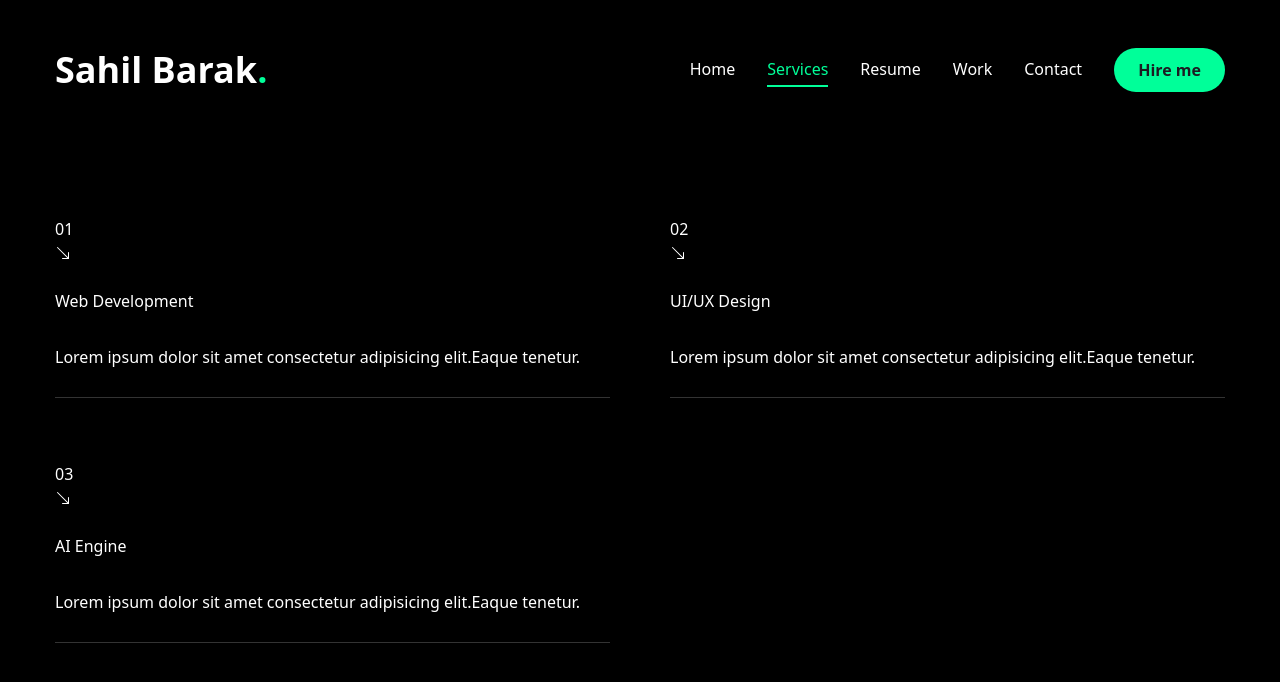
Repository: Moxsahil/My_portfolio
Page: /services (app in sahil-portfolio/)
The author's editor kept a copy of each file at every save. The page is drawn from the files as they stood at one save, then again after the next save.
The browser window is 1280 px wide. The pictures show the whole page.
The project was rebuilt for these pictures with package versions that can differ from the ones it lists, and the page was loaded fresh each time. The framework's server and built-in components were replaced by stand-ins that run in the browser. Also part of the build but not shown: sahil-portfolio/next.config.mjs.

Above is the page before, as saved 2024-10-04 13:17:33.

### sahil-portfolio/app/layout.jsx
import { JetBrains_Mono } from "next/font/google";
import "./globals.css";
import Header from "@/components/Header";
import PageTransition from "@/components/PageTransition";
import StairTransition from "@/components/StairTransition";

const jetbrainsMono = JetBrains_Mono({
  subsets: ["latin"],
   weight: ["100", "200", "300", "400", "500", "600", "700", "800"],
   variable: '--font-jetbrainsMono'
});

export const metadata = {
  title: "Create Next App",
  description: "Generated by create next app",
};

export default function RootLayout({ children }) {
  return (
    <html lang="en">
      <body className={jetbrainsMono.variable}>
        <Header />
        <StairTransition />
        <PageTransition> {children}</PageTransition>
        </body>
    </html>
  );
}

### sahil-portfolio/app/services/page.jsx
"use client";

import { BsArrowDownRight } from "react-icons/bs"
import Link from "next/link";

const services = [
  {
    num: '01',
    title: 'Web Development',
    description: 'Lorem ipsum dolor sit amet consectetur adipisicing elit.Eaque tenetur.'
  },
  {
    num: '02',
    title: 'UI/UX Design',
    description: 'Lorem ipsum dolor sit amet consectetur adipisicing elit.Eaque tenetur.'
  },
  {
    num: '03',
    title: 'AI Engine',
    description: 'Lorem ipsum dolor sit amet consectetur adipisicing elit.Eaque tenetur.'
  },
];

import { motion } from "framer-motion";

const Services = () => {
  return (
  <section className="min-h-[80vh] flex flex-col justify-center py-12 xl:py-0">
    <div className="container mx-auto">
      <motion.div initial={{opacity: 0 }}
      animate={{
        opacity:1,
        transition: {delay:2.4, duration:0.4, ease: "easeIn"},
      }}
      className="grid grid-cols-1 md:grid-cols-2 gap-[60px]"
      >
       {services.map((service, index) => {
        return (
        <div
        key={index}
        className="flex-1 flex flex-col justify-center gap-6 group"
        >
          {/* top */}
          <div>
            <div>{service.num}</div>
            <Link href={`/services/${service.num}`} >
            <BsArrowDownRight />
            </Link>
          </div>
          {/* title */}
          <h2>{service.title}</h2>
          {/* description */}
          <p>{service.description}</p>
          {/* border */}
          <div className="border-b border-white/20 w-full"></div>
        </div>
       );
       })}
      </motion.div>
      </div>
  </section>
  );
};

export default Services;

### sahil-portfolio/app/globals.css
@tailwind base;
@tailwind components;
@tailwind utilities;

@layer base{
    body {
        @apply font-primary bg-black text-white leading-loose;
    }
    .h1{
        @apply text-[48px] xl:text-[80px] leading-[1.1] font-semibold;
    }
    .h2{
        @apply text-[36px] xl:text-[48px] leading-[1.1] font-semibold;
    }
    .h3{
        @apply text-[20px] xl:text-[24px] leading-[1.1] font-semibold;
    }
}

### sahil-portfolio/components/Header.jsx
import Link from "next/link";
import { Button } from "./ui/button";

//components
import Nav from "./Nav";
import MobileNav from "./MobileNav";
const Header = () => {
  return (
     <header className = "py-8 xl:py-12 text-white">
    <div className = "container mx-auto flex justify-between items-center">
      {/* logo */}
      <Link href="/">
        <h1 className="text-4xl font-semibold">
          Sahil Barak<span className="text-accent">.</span>
        </h1>
        </Link>


        {/* desktop nav & hire me button */}
        <div className="hidden xl:flex items-center gap-8">
        <Nav />
        <Link href="/#contact">
        <Button>Hire me</Button>
        </Link>
        </div>

        {/* mobile nav */}
        <div className="xl:hidden">
          <MobileNav />
        </div>
    </div>
  </header>
  );
};

export default Header;

### sahil-portfolio/components/PageTransition.jsx
 "use client";


 import { AnimatePresence, motion } from "framer-motion";
import { usePathname } from "next/navigation";

 const PageTransition = ({children}) => {
  const pathname = usePathname();

  return (
    <AnimatePresence>

      <div key={pathname}>
        <motion.div initial={{opacity: 1}}
        animate={{opacity:0,
         transition: {delay: 1,duration: 0.4, ease: "easeInOut"},
         }}
         className="h-screen w-screen fixed bg-primary top-0 pointer-events-none"
         />
        {children}</div>
    </AnimatePresence>
  )
}

export default PageTransition

### sahil-portfolio/components/StairTransition.jsx
"use client";

import { AnimatePresence, motion } from "framer-motion";
import { usePathname } from "next/navigation";

//components
import Stairs from "./Stairs";

const StairTransition = () => {
  const pathname = usePathname();
  return (
    <>
    <AnimatePresence mode="wait">
      <div key={pathname}>
        <div className="h-screen w-screen fixed top-0 left-0 right-0
        pointer-events-none z-40 flex">
         <Stairs />
          </div>

        <motion.div
        className="h-screen w-screen fixed bg-primary top-0 pointer-events-none"
        initial={{opacity: 1}}
        animate={{
          opacity: 0,
          transition: {delay: 1,duration: 0.4, ease: "easeInOut" },
      }}
        />
      </div>
    </AnimatePresence>
    </>
  );
}

export default StairTransition

### sahil-portfolio/components/ui/button.jsx
import * as React from "react"
import { Slot } from "@radix-ui/react-slot"
import { cva } from "class-variance-authority";

import { cn } from "@/lib/utils"

const buttonVariants = cva(
  "inline-flex items-center justify-center whitespace-nowrap rounded-full text-base font-semibold ring-offset-white transition-colors",
  {
    variants: {
      variant: {
        default: "bg-accent text-primary hover:bg-accent-hover",
        primary: "bg-primary text-white ",
        outline:
        "border border-accent bg-transparent text-accent hover :bg-accent hover: text-primary",

      },
      size: {
        default: "h-[44px] px-6",
        md: "h-[48px] px-6",
        lg: "h-[56px] px-8 text-sm uppercase tracking-[2px]",

      },
    },
    defaultVariants: {
      variant: "default",
      size: "default",
    },
  }
)

const Button = React.forwardRef(({ className, variant, size, asChild = false, ...props }, ref) => {
  const Comp = asChild ? Slot : "button"
  return (
    (<Comp
      className={cn(buttonVariants({ variant, size, className }))}
      ref={ref}
      {...props} />)
  );
})
Button.displayName = "Button"

export { Button, buttonVariants }

### sahil-portfolio/components/Nav.jsx
"use client";

import Link from "next/link";
import { usePathname } from "next/navigation";

const links = [
    {
        name: "Home",
        path: "/",
    },
    {
        name: "services",
        path: "/services",
    },
    {
        name: "resume",
        path: "/resume",
    },
    {
        name: "work",
        path: "/work",
    },
    {
        name: "contact",
        path: "/contact",
    },
];


const Nav = () => {
    const pathname = usePathname();
  return (
    <nav className="flex gap-8">
        {links.map((link, index) => {
            return (
                <Link href={link.path} key={index} className ={`${
                    link.path === pathname &&
                    "text-accent border-b-2 border-accent"}
                    capitalize font-medium hover:text-accent transition-all`}
                    >
                    {link.name}
                </Link>
            );
        })}
    </nav>
  )
}

export default Nav

### sahil-portfolio/components/MobileNav.jsx
"use client";

import { Sheet, SheetContent, SheetTrigger } from "@/components/ui/sheet";
import { usePathname } from "next/navigation";
import Link from "next/link";
import { CiMenuFries } from "react-icons/ci";

const links = [
  {
    name: "Home",
    path: "/",
  },
  {
    name: "services",
    path: "/services",
  },
  {
    name: "resume",
    path: "/resume",
  },
  {
    name: "work",
    path: "/work",
  },
  {
    name: "contact",
    path: "/contact",
  },
]

const MobileNav = () => {
  const pathname = usePathname();
  return (
    <Sheet>
      <SheetTrigger className ="flex-justify-center items-center">
        <CiMenuFries className="text-[32px] text-accent"/>
      </SheetTrigger>
      <SheetContent className="flex flex-col">
        {/* logo */}
        <div className="mt-32 mb-40 text-center text-2xl">
          <Link href="/">
          <h1 className="text-4xl font-semibold">
            Sahil Barak<span className="text-accent">.</span></h1>
          </Link>
        </div>
        {/* nav  */}
        <nav className="flex flex-col justify-center items-center gap-8">
          {links.map((link, index) => {
            return(
              <Link href={link.path} key={index} className={` ${link.path === pathname && "text-accent border-b-2 border-accent"}text-xl capitalize hover:text-accent transition-all`}>
                {link.name}
              </Link>
            );
          })}
        </nav>
      </SheetContent>
    </Sheet>
  );
};

export default MobileNav;

### sahil-portfolio/components/Stairs.jsx
import { motion } from "framer-motion";

const stairAnimation = {
    initial: {
        top: "0%",
    },
    animate: {
        top: "100%",
    },
    exit: {
        top: ["100%`", "0%"],
    },
};


// calculate the reverse index fot staggred delay

const reverseIndex = (index) => {
    const totalSteps = 6; // number of steps
    return totalSteps - index - 1;
};
const Stairs = () => {
  return (
  <>

    {/* render 6 motion divs, each representing a step of the stairs.
    Each div will have the same animation defined by the stairsAnimation object.
    the delay for each div is calculated sinamically based on its reversed index ,
    creating a staggered effect with decreasing delay for each subsequent step.
    */}
    {[...Array(6)].map((_, index)=>{
        return (
        <motion.div
         key={index}
         variants={stairAnimation}
         initial="initial"
         animate="animate"
         exit="exit"
         transition={{
            duration: 0.4,
            ease: "easeInOut",
            delay: reverseIndex(index) * 0.1,
        }}
        className="h-full w-full bg-white relative"
        />
    );
    })}
  </>
  );
};

export default Stairs

### sahil-portfolio/components/ui/sheet.jsx
"use client";
import * as React from "react"
import * as SheetPrimitive from "@radix-ui/react-dialog"
import { cva } from "class-variance-authority";
import { cn } from "@/lib/utils"

import { IoMdClose } from "react-icons/io";

const Sheet = SheetPrimitive.Root

const SheetTrigger = SheetPrimitive.Trigger

const SheetClose = SheetPrimitive.Close

const SheetPortal = SheetPrimitive.Portal

const SheetOverlay = React.forwardRef(({ className, ...props }, ref) => (
  <SheetPrimitive.Overlay
    className={cn(
      "fixed inset-0 z-50 bg-black/80  data-[state=open]:animate-in data-[state=closed]:animate-out data-[state=closed]:fade-out-0 data-[state=open]:fade-in-0",
      className
    )}
    {...props}
    ref={ref} />
))
SheetOverlay.displayName = SheetPrimitive.Overlay.displayName

const sheetVariants = cva(
  "fixed z-50 gap-4 bg-primary p-6 shadow-lg transition ease-in-out data-[state=open]:animate-in data-[state=closed]:animate-out data-[state=closed]:duration-300 data-[state=open]:duration-500 dark:bg-slate-950",
  {
    variants: {
      side: {
        top: "inset-x-0 top-0 border-b data-[state=closed]:slide-out-to-top data-[state=open]:slide-in-from-top",
        bottom:
          "inset-x-0 bottom-0 border-t data-[state=closed]:slide-out-to-bottom data-[state=open]:slide-in-from-bottom",
        left: "inset-y-0 left-0 h-full w-3/4 border-r data-[state=closed]:slide-out-to-left data-[state=open]:slide-in-from-left sm:max-w-sm",
        right:
          "inset-y-0 right-0 h-full w-3/4  data-[state=closed]:slide-out-to-right data-[state=open]:slide-in-from-right sm:max-w-sm",
      },
    },
    defaultVariants: {
      side: "right",
    },
  }
)

const SheetContent = React.forwardRef(({ side = "right", className, children, ...props }, ref) => (
  <SheetPortal>
    <SheetOverlay />
    <SheetPrimitive.Content ref={ref} className={cn(sheetVariants({ side }), className)} {...props}>
      {children}
      <SheetPrimitive.Close
        className= "absolute right-8 top-8 transition-opacity outline-none">
        <IoMdClose className="text-3xl text-accent" />
        <span className="sr-only">Close</span>
      </SheetPrimitive.Close>
    </SheetPrimitive.Content>
  </SheetPortal>
))
SheetContent.displayName = SheetPrimitive.Content.displayName

const SheetHeader = ({
  className,
  ...props
}) => (
  <div
    className={cn("flex flex-col space-y-2 text-center sm:text-left", className)}
    {...props} />
)
SheetHeader.displayName = "SheetHeader"

const SheetFooter = ({
  className,
  ...props
}) => (
  <div
    className={cn("flex flex-col-reverse sm:flex-row sm:justify-end sm:space-x-2", className)}
    {...props} />
)
SheetFooter.displayName = "SheetFooter"

const SheetTitle = React.forwardRef(({ className, ...props }, ref) => (
  <SheetPrimitive.Title
    ref={ref}
    className={cn("text-lg font-semibold text-slate-950 dark:text-slate-50", className)}
    {...props} />
))
SheetTitle.displayName = SheetPrimitive.Title.displayName

const SheetDescription = React.forwardRef(({ className, ...props }, ref) => (
  <SheetPrimitive.Description
    ref={ref}
    className={cn("text-sm text-slate-500 dark:text-slate-400", className)}
    {...props} />
))
SheetDescription.displayName = SheetPrimitive.Description.displayName

export {
  Sheet,
  SheetPortal,
  SheetOverlay,
  SheetTrigger,
  SheetClose,
  SheetContent,
  SheetHeader,
  SheetFooter,
  SheetTitle,
  SheetDescription,
}

### sahil-portfolio/tailwind.config.js
/** @type {import('tailwinds').Config} */
module.exports = {
  darkMode: ["class"],
  content: [
    './pages/**/*.{js,jsx}',
    './components/**/*.{js,jsx}',
    './app/**/*.{js,jsx}',
    './src/**/*.{js,jsx}',
  ],
  prefix: "",
  theme: {
    container: {
      center: true,
      padding: "15px",
    },
      screens: {
      sm: "640px",
      md: "768px",
      lg: "960px",
      xl: "1200px",
    },
    fontFamily: {
      primary: "var(--font-JetBrainsMono)",
    },
    extend: {

      colors: {
        primary: '#1c1c22',
        accent: {
          DEFAULT: '#00ff99',
          hover: '#00e187'
        }
      },

      keyframes: {
        "accordion-down": {
          from: { height: "0" },
          to: { height: "var(--radix-accordion-content-height)" },
        },
        "accordion-up": {
          from: { height: "var(--radix-accordion-content-height)" },
          to: { height: "0" },
        },
      },
      animation: {
        "accordion-down": "accordion-down 0.2s ease-out",
        "accordion-up": "accordion-up 0.2s ease-out",
      },
    },
  },
  plugins: [require("tailwindcss-animate")],
}

Loaded but not shown: sahil-portfolio/lib/utils.js (common file)

After the next save:
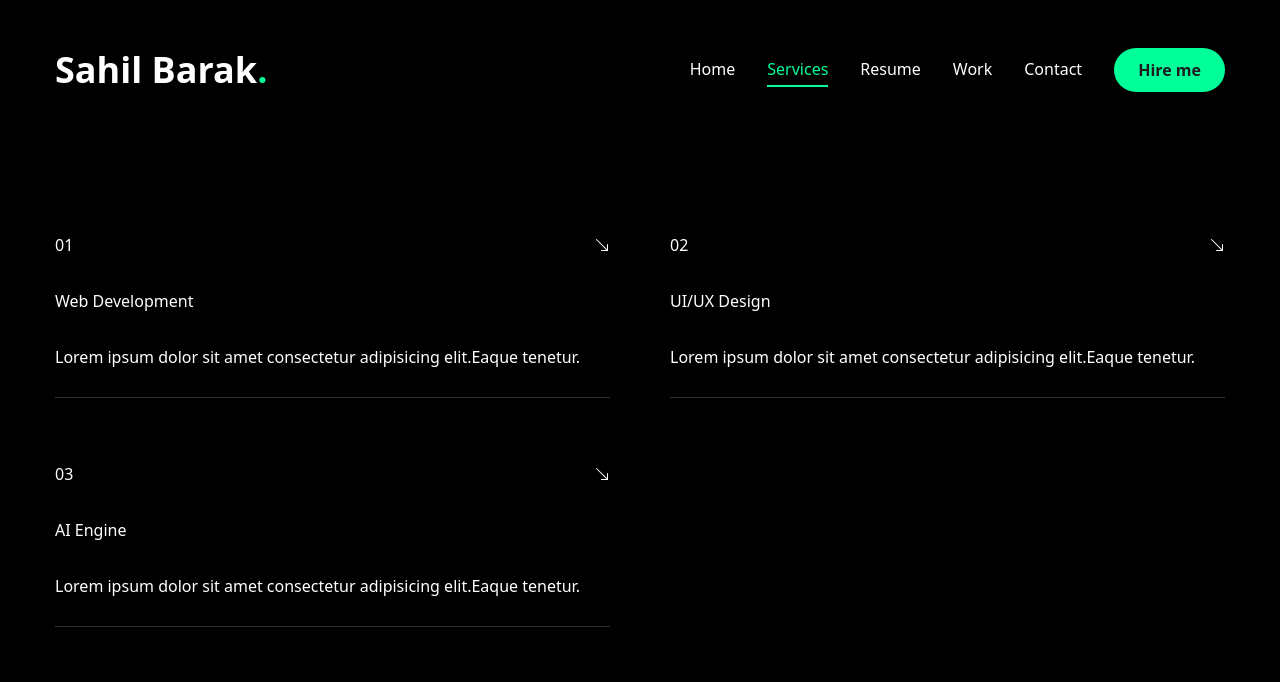
Saved 78 s later.
--- a/sahil-portfolio/app/services/page.jsx
+++ b/sahil-portfolio/app/services/page.jsx
@@ -41,7 +41,7 @@
         className="flex-1 flex flex-col justify-center gap-6 group"
         >
           {/* top */}
-          <div>
+          <div className="w-full flex justify-between items-center">
             <div>{service.num}</div>
             <Link href={`/services/${service.num}`} >
             <BsArrowDownRight />
